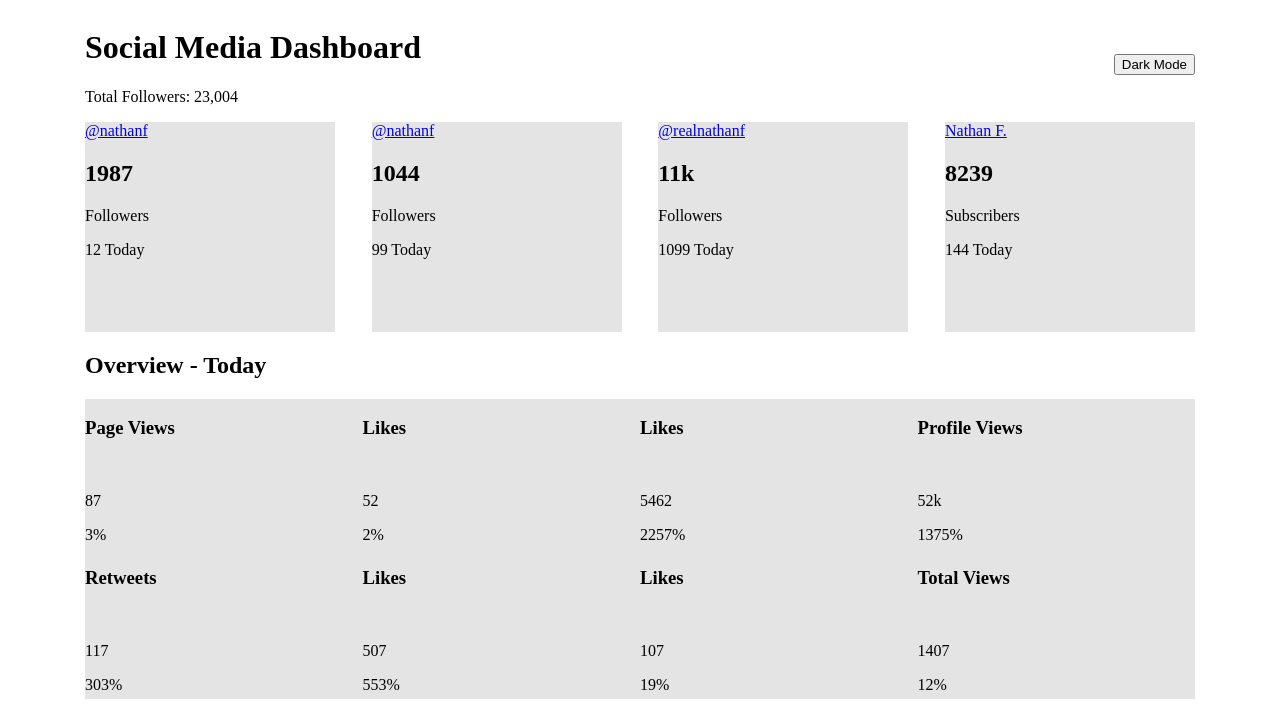
Repository: mamulini/social-media-dashboard-with-theme-switcher-master
Page: index.html
The author's editor kept a copy of each file at every save. The page is drawn from the files as they stood at one save, then again after the next save.
The browser window is 1280 px wide. The pictures show the whole page.

Above is the page before, as saved 2020-04-06 12:44:39.

After the next save:
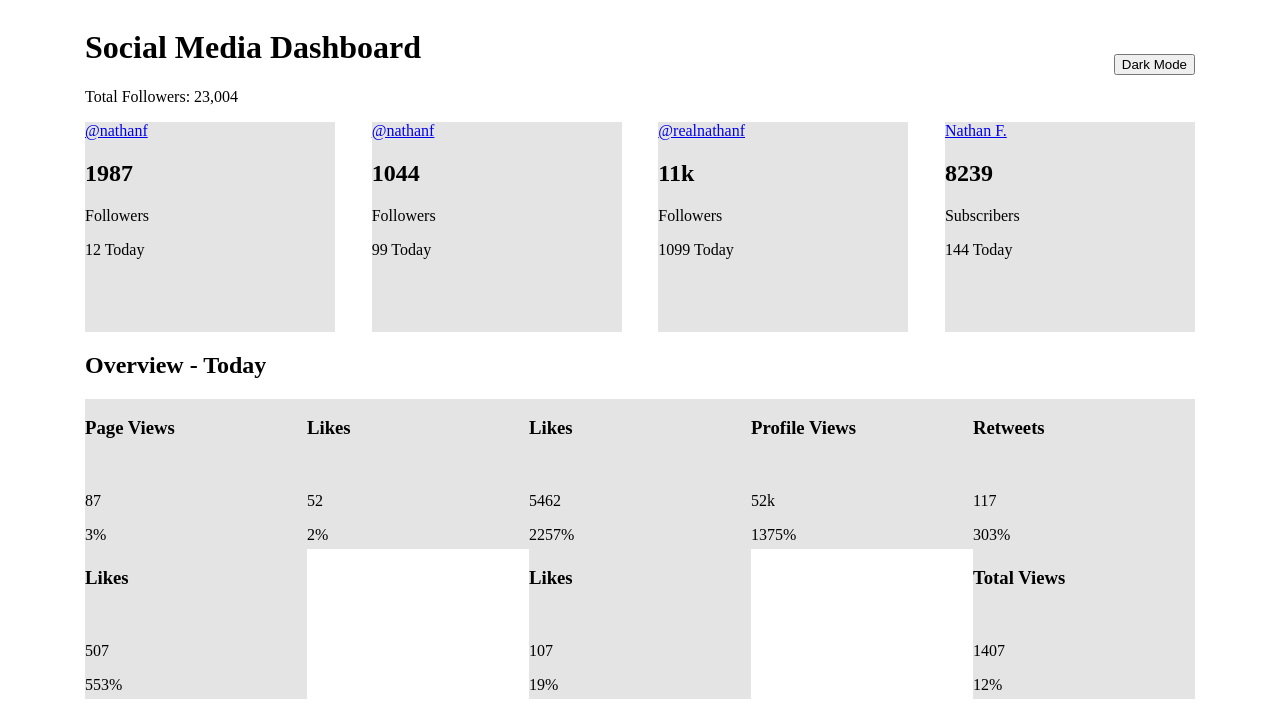
Saved 21 s later.
--- a/css/style.css
+++ b/css/style.css
@@ -28,7 +28,7 @@
 }
 
 .likes{
-    flex: 0 0 25%;
+    flex: 0 0 20%;
     width: 250px;
     height: 150px;
     background: #e4e4e4;

After the save that followed:
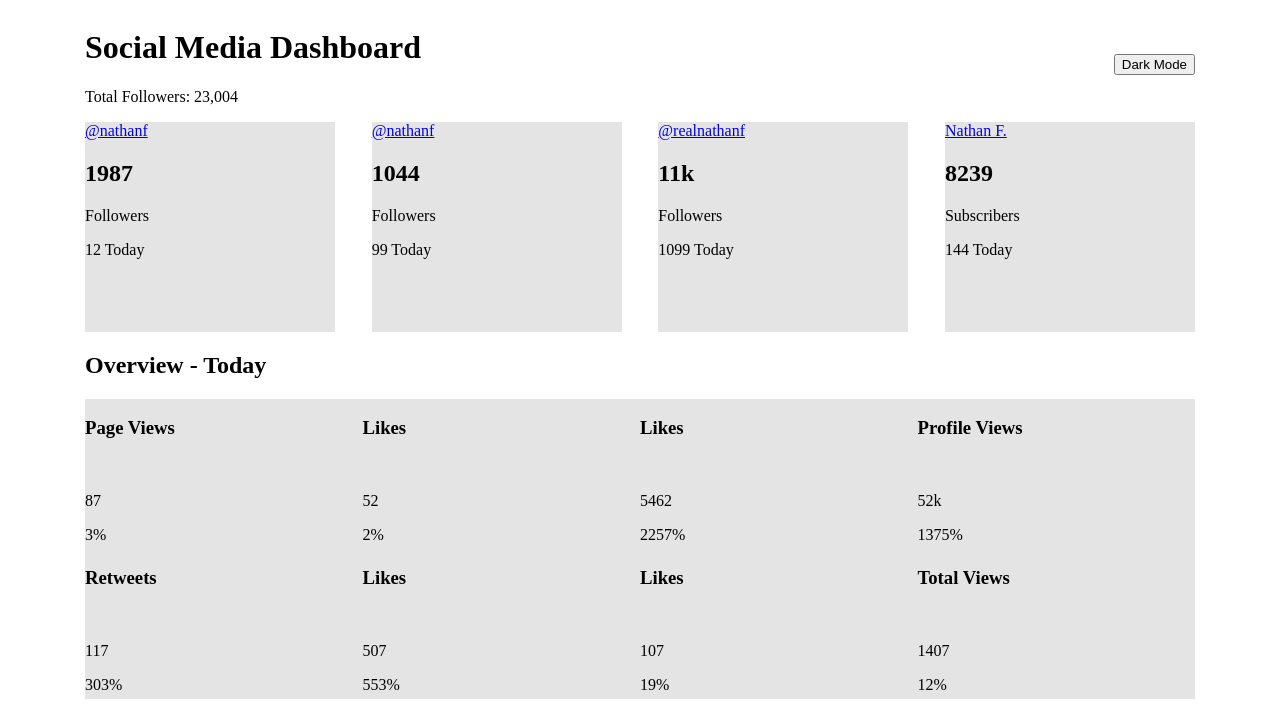
Saved 10 s later.
--- a/css/style.css
+++ b/css/style.css
@@ -28,7 +28,7 @@
 }
 
 .likes{
-    flex: 0 0 20%;
+    flex: 0 0 25%;
     width: 250px;
     height: 150px;
     background: #e4e4e4;
